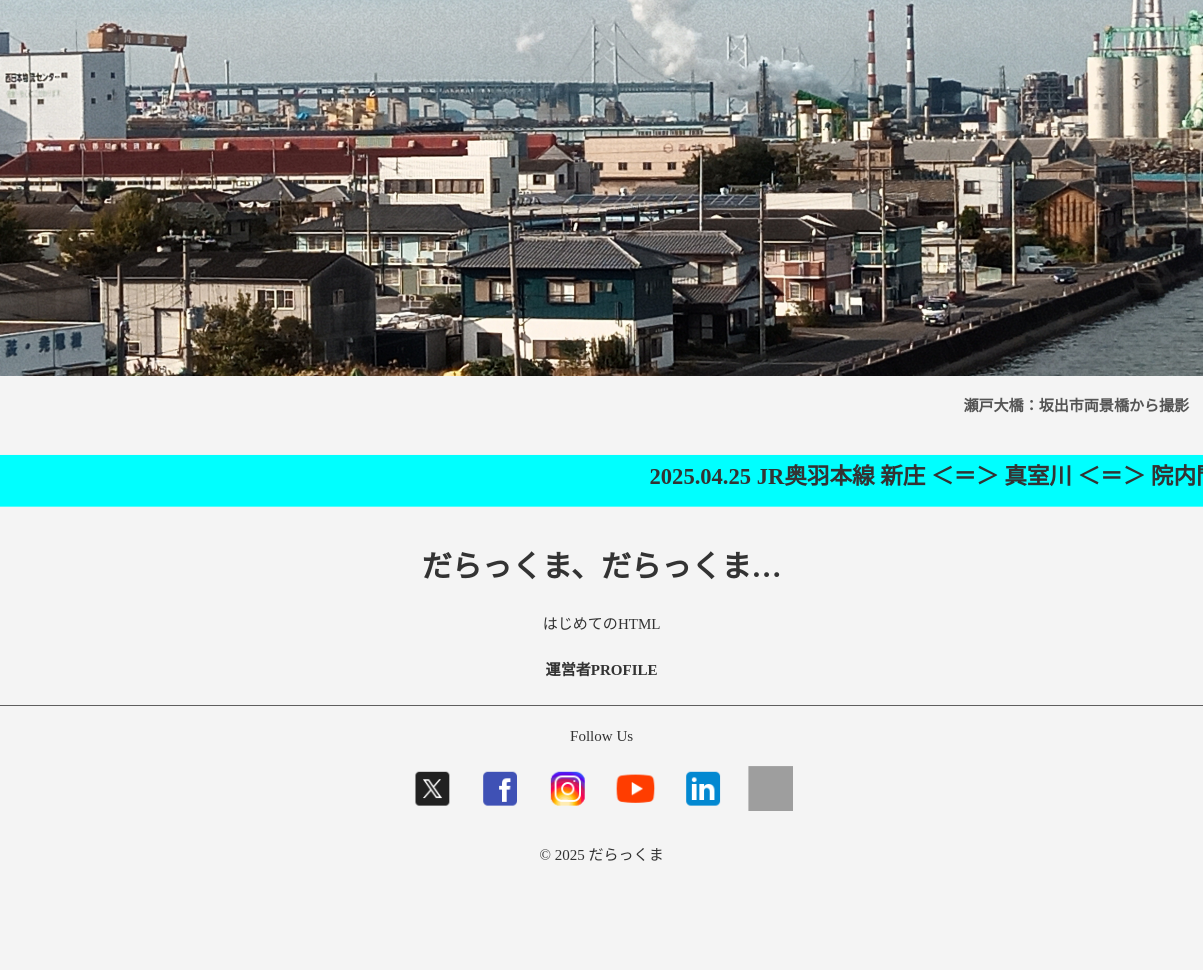
Repository: rydeen7907/html
Page: index.html
These files come from the project's save history. The page is drawn as it stood at one moment and after the next save; the edit follows.
The browser window is 1280 px wide. The pictures show the whole page, at 94% of full size.
Pictures or frames that could not be fetched are drawn as grey boxes.

Above is the page before, as saved 2025-04-27 17:56:08.

### index.html
<!DOCTYPE html>
<html lang="ja">
<head>
    <meta charset="UTF-8">
    <meta name="viewport" content="width=device-width, initial-scale=1.0">
    <title>だらっくまのサイト</title>
    <!-- スタイルシートの読み込み -->
    <link rel="stylesheet" href="style.css">
    <!-- <style> タグは style.css に移行したため削除 -->
</head>
<body>

    <!-- ヘッダー画像の挿入 -->
    <img src="./image/ryokeibridge.jpg" alt="Header Image" class="header-image">

    <!-- brタグはcssの margin で代用 -->

    <!-- 画像の説明文 -->
    <p class="image-caption">
        <a href="https://www.google.com/maps/search/?api=1&query=坂出市両景橋" target="_blank" rel="noopener noreferrer">
            瀬戸大橋：坂出市両景橋から撮影
        </a>
    </p>

    <!-- スクロールテキスト-->
    <div class="scrolling-text-container">
        <h3 class="scrolling-text">2025.04.25 JR奥羽本線 新庄 ＜＝＞ 真室川 ＜＝＞ 院内間 復旧…</h3>
    </div>

    <!-- 見出し -->
    <h1>だらっくま、だらっくま…</h1>

    <!-- 説明文 -->
    <p>はじめてのHTML</p>

    <!-- リンク -->
    <a href="profile.html">運営者PROFILE</a>

    <!-- フッター -->
    <footer class="social-links">
        <h2>Follow Us</h2>
        <ul>
            <li>
                <a href="https://twitter.com/jr4853/" target="_blank" rel="noopener noreferrer">
                    <img src="./image/icons8-x-48.png" alt="Twitter" class="social-icon">
                </a>
            </li>
            <li>
            <a href="https://www.facebook.com/yukio.tsu.7/" target="_blank" rel="noopener noreferrer">
                    <img src="./image/icons8-facebook-48.png" alt="Facebook" class="social-icon">
                </a>
            </a>
            </li>
            <li>
                <a href="https://www.instagram.com/rydeen7907/" target="_blank" rel="noopener noreferrer">
                    <img src="./image/icons8-instagram-48.png" alt="Instagram" class="social-icon">
                </a>
            </li>
            <li>
                <a href="https://www.youtube.com/@rydeen485" target="_blank" rel="noopener noreferrer">
                    <img src="./image/icons8-youtube-48.png" alt="YouTube" class="social-icon">
                </a>
            </li>
            <li>
                <a href="https://www.linkedin.com/in/yukio-tsuchida-3b5b99359/" target="_blank" rel="noopener noreferrer">
                    <img src="./image/icons8-linkedin-48.png" alt="LinkedIn" class="social-icon">
                </a>
            </li>
            <li>
                <a href="https://www.github.com/rydeen7907/" target="_blank" rel="noopener noreferrer">
                    <img src="./image/icons8-github2-48.png" alt="GitHub" class="social-icon">
                </a>
            </li>
        </ul>

        <p>&copy; 2025 だらっくま</p>
    </footer>


</body>
</html>

### style.css
/* 基本スタイル */
:root {
    /* 色の設定 */
    --text-color-dark: #333; /*  */
    --text-color-light: #555; /*  */
    --background-color: #f4f4f4; /*  */
    --background-color-scroll: aqua; /*  */
    --link-color: #333; /* リンクの色 */
    --link-color-hover: #ff8000; /* ホバー時のリンク色 */

/* タイポグラフィ */
    --font-family: Arial, sans-serif; /* フォントファミリー */
    --line-height-base: 1.5; /* 行間を調整 (例：1.5倍 px,%,emでも可能) */
    --font-size-small: 12px; /* フォントサイズを小さく */
    --font-size-base: 16px; /* 基本フォントサイズ */
    --font-size-large: 24px; /* 大きなフォントサイズ */
    --font-size-xlarge: 32px; /* 特大フォントサイズ */

/* 余白 */
    --margin-xs: 5px; /* 小さなマージン */
    --margin-s: 10px; /* 基本マージン */
    --margin-m: 15px; /* 中くらいのマージン */
    --margin-l: 20px; /* 大きなマージン */
    --margin-xl: 25px; /* 特大マージン */
    --margin-xxl: 40px; /* 特特大マージン */
    --margin-xxxl: 50px; /* 特特特大マージン */
}

body {
    margin: 0; /* ブラウザデフォルトのマージンをリセット */
    padding: 0; /* ブラウザデフォルトのパディングをリセット */
    padding-bottom: var(--margin-xxxl); /* ページ下部のパディングを追加 */
    font-family: var(--font-size-base);
    line-height: var(--line-height-base); /* 行間を読みやすく調整 (例：2.0倍 px,%,emでも可能) */
    color: var(--text-color-dark); /* 文字色を濃いグレーに設定 */
    background-color: var(--background-color); /* 背景色を薄いグレーに設定 */
}

/* ヘッダー */
.header-image {
    display: block; /* 中央配置のためブロック要素に */
    width: 100%;
    /* max-width: auto; は width: 100%; があれば不要 */
    height: 400px;
    margin: 0 auto; /* 上下のマージンは０、左右は自動で中央揃え */
    object-fit: cover; /* 画像のアスペクト比を維持、要素に合わせる */
}

/* 画像の説明文 */
.image-caption {
    padding-top: var(--margin-xs); /* 上部のパディングを追加 */
    padding-bottom: var(--margin-xs); /* 下部のパディングを追加 */
    padding-left: var(--margin-m);    /* 左側のパディングを追加 */
    padding-right: var(--margin-m); /* 右側のパディングを追加 */

    margin-top: var(--margin-xs); /* 上部のマージンを追加 */
    margin-bottom: var(--margin-xl); /* 下部のマージンを追加 */
    font-size: var(--font-size-small); /* フォントサイズを小さく */
    color: var(--text-color-light); /* 文字色を薄いグレーに */
    text-align: right; /* 右寄せ */
}

/* 画像キャプション内のリンク */
.image-caption a {
    color: inherit; /* リンクの色 */
    text-align: right;
    text-decoration: none; /* 下線を削除 */
}
.image-caption a:hover,
.image-caption a:focus {
    color: var(--link-color-hover); /* ホバー時のリンク色 */
    text-decoration: underline; /* 下線を追加 */
}

/* スクロールテキストコンテナ */
.scrolling-text-container {
    width: 100%; /* 幅 */
    height: 55px; /* 高さ */
    margin-bottom: var(--margin-xxl); /* 下部のマージンを追加 */
    padding-top: var(--margin-xs); /* 上部のパディングを追加 */
    padding-bottom: var(--margin-s); /* 下部のパディングを追加 */
    box-sizing: border-box; /* パディングとボーダーを含めたサイズ計算 */
    background-color: var(--background-color-scroll); /* 背景色をアクアに設定 */
    overflow: hidden; /* はみ出た部分を隠す */
}

/* スクロールテキスト */
.scrolling-text {
    display: inline-block; /* インラインブロック要素に設定 */
    margin: 0; /* コンテナ内でのマージンを削除 */
    padding-left: 100%; /* 開始位置を右側に設定 */
    font-size: var(--font-size-large); /* フォントサイズ */
    font-weight: bold; /* 太字に設定 */
    color: var(--text-color-dark); /* 文字色を濃いグレーに */
    white-space: nowrap; /* 折り返し禁止 */
    animation: scroll-left 25s linear infinite; /* アニメーションを適用 */

}

/* スクロールアニメーションの定義 */
@keyframes scroll-left {
    0% {
        transform: translateX(0); /* 開始位置 */
    }
    100% {
        /* テキスト自身の幅だけ左に移動させる */
        transform: translateX(-150%);
    }
}

/* メインコンテンツ */
h1 {
    margin: var(--margin-xxl) 0 var(--margin-l); /* 上下のマージンを追加 */
    font-size: var(--font-size-xlarge); /* フォントサイズ */
    font-weight: bold; /* 太字に設定 */
    text-align: center; /* 中央配置 */
    color: var(--text-color-dark); /* 文字色を濃いグレーに */
}

main h2{
    margin-left: var(--margin-m); /* 左側のマージンを追加 */
}

/* 段落 p */
p {
    margin: var(--margin-xl) 0 ; /* 上下のマージンを追加 */
    text-align: center; /* 中央配置 */
    font-size: var(--font-size-base); /* フォントサイズ */
}

main p{
    margin-left: var(--margin-xxxl); /* 左側のマージンを追加 */
    text-align: left; /* 左寄せ */
    font-size: var(--font-size-base); /* フォントサイズ */
}

/* リンク a */
a {
    display: block;
    color: var(--link-color); /* 文字色を赤に */
    margin: var(--margin-s) auto; /* 上部のマージンを追加 */
    font-size: var(--font-size-base); /* フォントサイズ */
    font-weight: bold; /* 太字に設定 */
    text-align: center; /* 中央配置 */
    text-decoration: none; /* 下線を削除 */
    transition: color 0.3s; /* ホバー時の色変更にトランジションを追加 */
}

/* ホバー時のスタイル */
a:hover,
a:focus { /* ホバーとフォーカス時に適用するスタイル */
    color: var(--link-color-hover); /* ホバー時の文字色をオレンジに変更 */
    text-decoration: underline; /* 下線を追加 */
}

/* SNS リンク */
.social-links {
    text-align: center;
    margin: var(--margin-xl) 0; /* 上下のマージンを追加 */
    padding-bottom: var(--margin-s); /* 上下のパディングを追加 */
    border-top: 1px solid var(--text-color-light); /* 上部に薄いグレーのボーダーを追加 */
    padding-top: var(--margin-s); /* 上部のパディングを追加 */
}

.social-links h2 {
    font-size: var(--font-size-base); /* フォントサイズ */
    color: var(--text-color-dark); /* 文字色を濃いグレーに */
    margin: var(--margin-s) 0; /* 上下のマージンを追加 */
    font-weight: normal; /* 太字に設定 */
}

.social-links ul {
    list-style: none; /* リストのマークを削除 */
    padding: 0; /* パディングを削除 */
    margin: 0; /* マージンを削除 */
}

.social-links li {
    display: inline-block; /* 横並び */
    margin: 0 var(--margin-s); /* 左右のマージンを追加 */
}

/* SNSリンク 固有のスタイル */
.social-links a {
    display: inline-block; /* クリック範囲を確保 */
    line-height: 1; /* 画像のベースラインを揃えるのに役立つ */
    /* color: var(--link-color); /* リンクの色 */
    text-decoration: none; /* 下線を削除 */
    /*font-size: var(--font-size-base); /* フォントサイズ */
    transition: opacity 0.3s; /* ホバー時の透明度変更 (テキスト：color 0.3s)*/
}

.social-icon {
    width: 48px; /* アイコンの幅 */
    height: 48px; /* アイコンの高さ */
    vertical-align: middle; /* 他のアイコンと並んだ場合の垂直配置を中央に */
    /*object-fit: cover; /* 画像のアスペクト比を維持、要素に合わせる */
}

/* ホバー時のスタイル */
.social-links a:hover,
.social-links a:focus {
    /* color: var(--link-color-hover); /* ホバー時の文字色をオレンジに変更 */
    /* text-decoration: underline; /* 下線を追加 */
    opacity: 0.7; /* ホバー時の透明度を変更 */
}

After the next save:
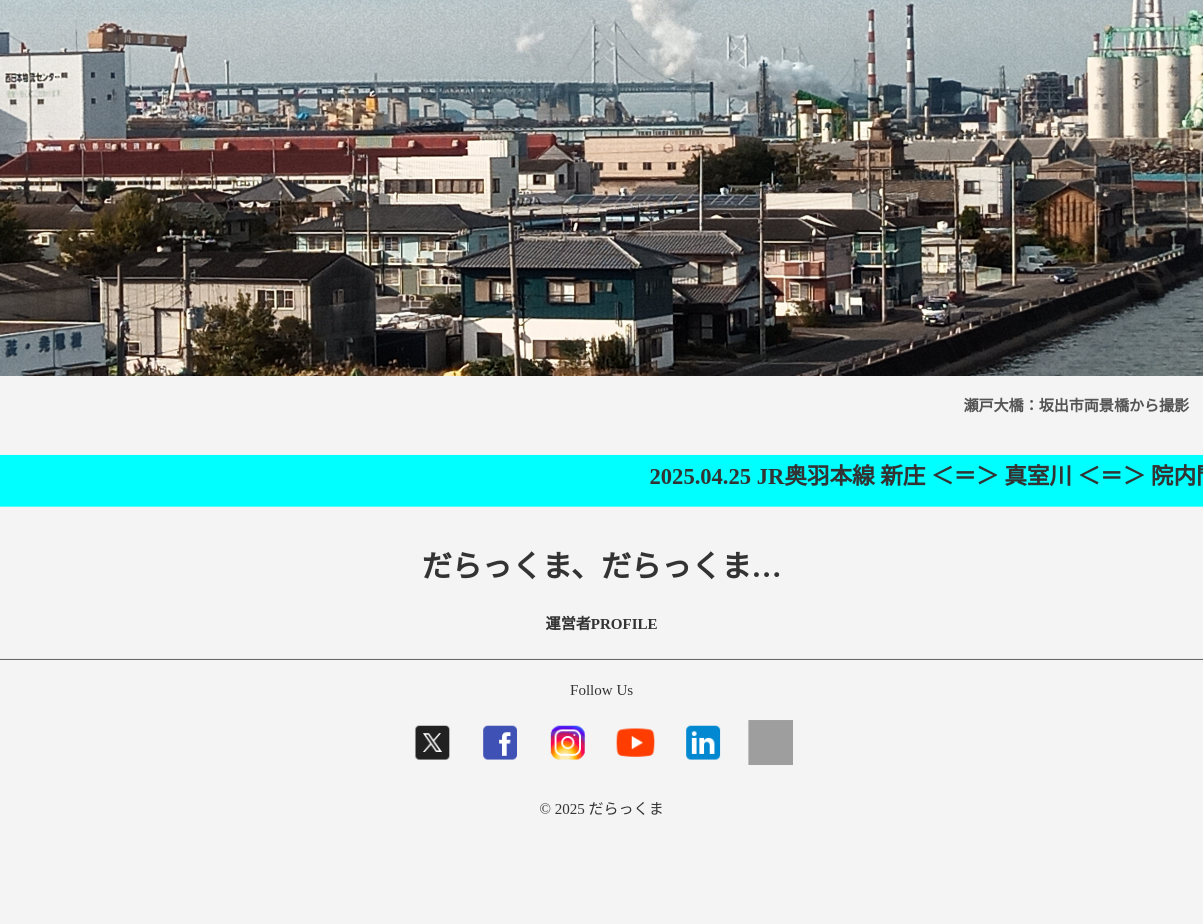
Saved 93 s later.
--- a/index.html
+++ b/index.html
@@ -31,7 +31,7 @@
     <h1>だらっくま、だらっくま…</h1>
 
     <!-- 説明文 -->
-    <p>はじめてのHTML</p>
+    <p></p>
 
     <!-- リンク -->
     <a href="profile.html">運営者PROFILE</a>

After the save that followed:
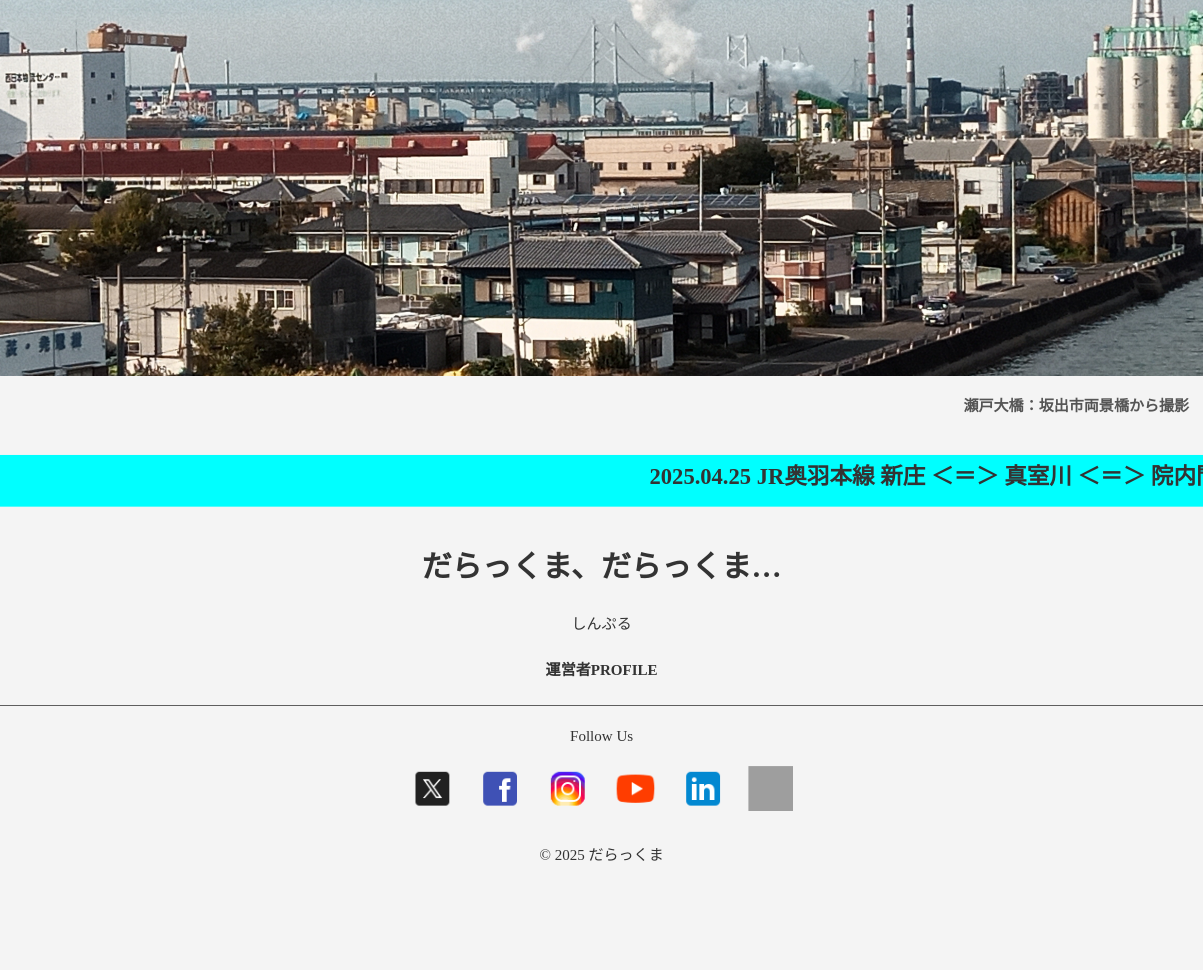
Saved 5 s later.
--- a/index.html
+++ b/index.html
@@ -31,7 +31,7 @@
     <h1>だらっくま、だらっくま…</h1>
 
     <!-- 説明文 -->
-    <p></p>
+    <p>しんぷる</p>
 
     <!-- リンク -->
     <a href="profile.html">運営者PROFILE</a>
